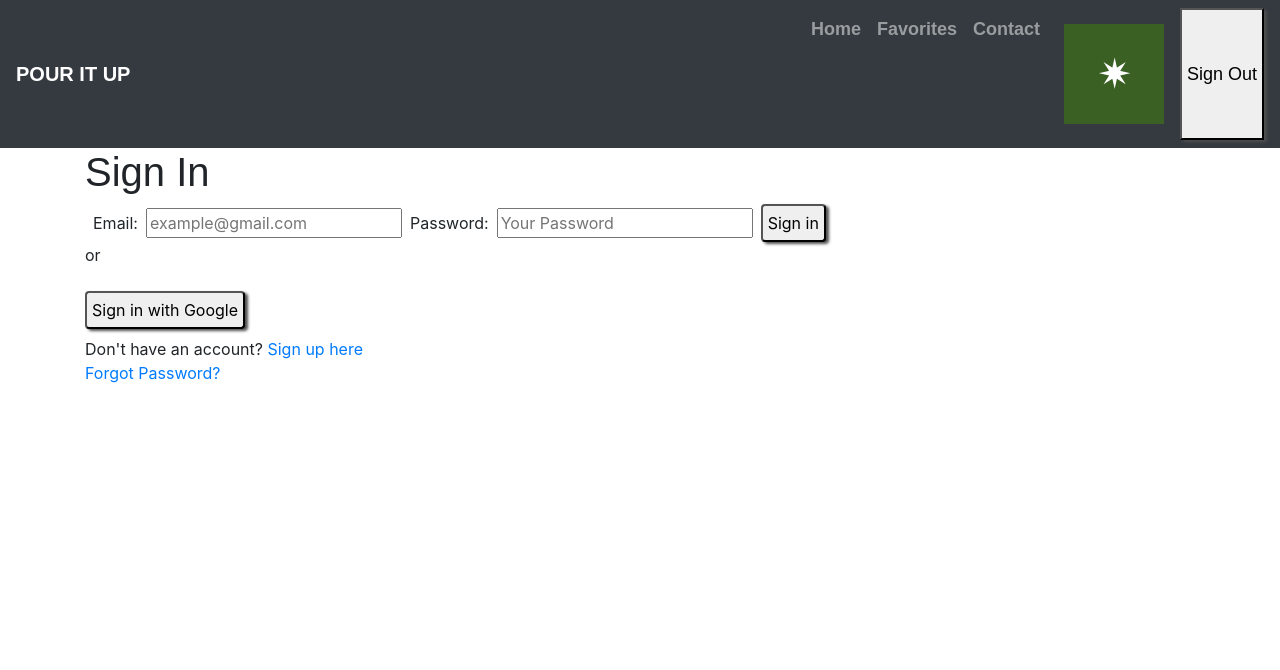
Repository: nsc9605/Pour_It_Up
Page: / (app in client/)
The author's editor kept a copy of each file at every save. The page is drawn from the files as they stood at one save, then again after a run of saves.
The browser window is 1280 px wide. The pictures show the whole page.
Pictures or frames that could not be fetched are drawn as grey boxes. Some web fonts or font styles are not loaded; a fallback is used. Some web libraries are served in a nearby version. The project was rebuilt for these pictures with package versions that can differ from the ones it lists, and the page was loaded fresh each time. Also part of the build but not shown: client/src/components/SignUp/index.js, client/src/components/PasswordReset/index.js, client/src/components/List/index.js, client/src/utils/API.js, client/src/components/Favorite/Favorite.js, client/src/pages/Favorites.js, client/src/pages/Contact.js, client/src/components/CocktailData/style.css and 2 more.

Above is the page before, as saved 2021-04-03 20:58:06.

After the next 4 saves:
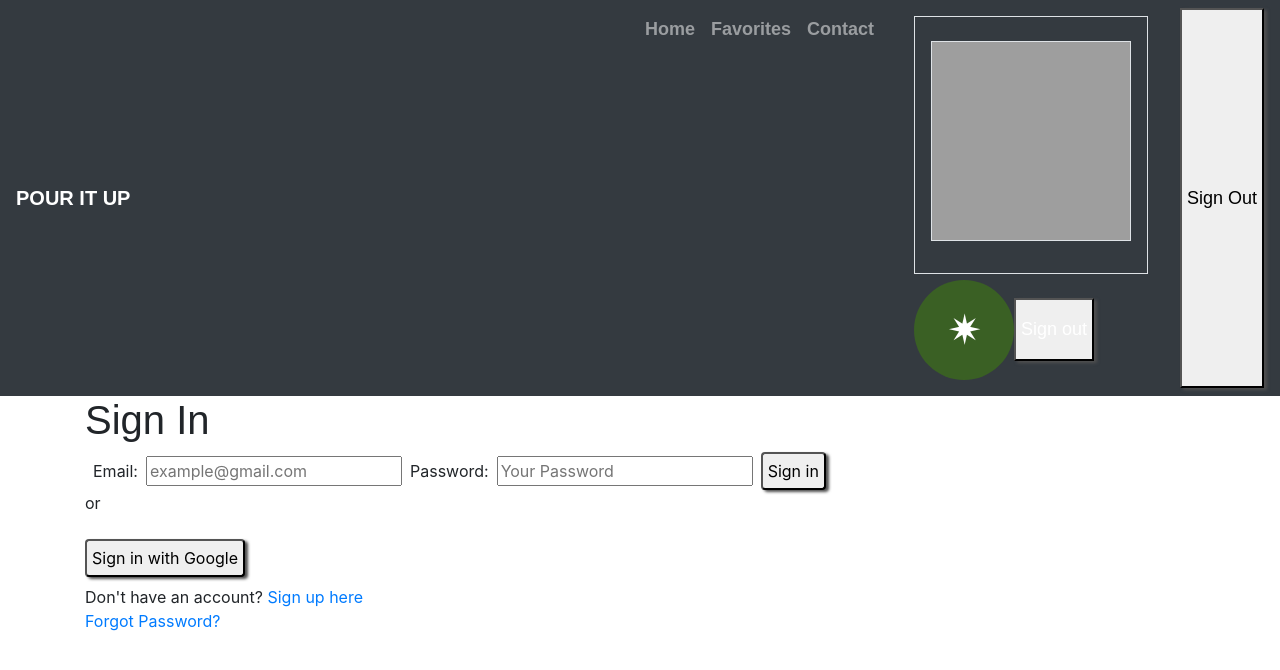
The 4 saves are shown as one change because 3 did not build or start.
The last was saved 4 min 0 s later.
--- a/client/src/components/Nav/Navigation.js
+++ b/client/src/components/Nav/Navigation.js
@@ -1,7 +1,8 @@
 import { Nav, Navbar } from "react-bootstrap";
 import { Link, useLocation, useHistory } from "react-router-dom";
 import { auth } from "../../firebase";
-import UserAvatar from "../ProfilePage/Avatar";
+// import UserAvatar from "../ProfilePage/Avatar";
+import Avatar from "../ProfilePage/index";
 
 function Navigation() {
   const location = useLocation();
@@ -60,7 +61,7 @@ function Navigation() {
           className={
             location.path === "/profile" ? "nav-link active" : "nav-link"
             }>
-          <UserAvatar />
+          <Avatar />
           </Link>
           <button onClick={handleSignOut}>Sign Out</button>
         </Nav>
--- a/client/src/components/ProfilePage/Avatar.js
+++ b/client/src/components/ProfilePage/Avatar.js
@@ -19,7 +19,7 @@ import { UserContext } from "../../Providers/UserProvider";
         // const { photoURL, name, email } = user;
         return (
         <div className={classes.root}>
-          <Avatar key={user} alt={props.name} src={props.photoURL} />
+          <Avatar key={user} alt={props.name} src={user.photoURL} />
         </div>
       );
     }
--- a/client/src/components/ProfilePage/index.js
+++ b/client/src/components/ProfilePage/index.js
@@ -1,7 +1,7 @@
 import React, { useContext } from "react";
 import { UserContext } from "../../Providers/UserProvider";
 import {auth} from "../../firebase";
-// import UserAvatar from "./Avatar";
+import Avatar from "react-avatar";
 
 const ProfilePage = () => {
   const user = useContext(UserContext);
@@ -27,7 +27,7 @@ const ProfilePage = () => {
           <h3 className = "italic">{email}</h3>
         </div>
       </div>
-        {/* <UserAvatar key={user.uid} round={true} alt={name} src={photoURL} title={name} /> */}
+        <Avatar key={user.uid} round={true} alt={name} src={photoURL} title={name} />
       <button className = "w-full py-3 bg-red-600 mt-4 text-white" onClick = {() => {auth.signOut()}}>Sign out</button>
     </div>
   )
